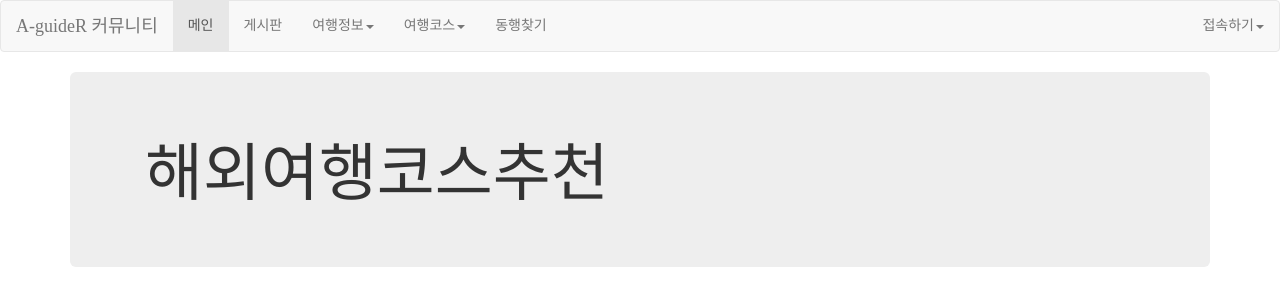
Repository: endol007/TripPuzzle
Page: http://localhost/BBS/abroadcorse.jsp
These files come from the project's save history. The page is drawn as it stood at one moment and after the next save; the edit follows.
The browser window is 1280 px wide. The pictures show the whole page.
Some web fonts or font styles are not loaded; a fallback is used. Some web libraries are served in a nearby version. The page is served by Tomcat 9. Other server files are loaded and not shown.

Above is the page before, as saved 2019-08-21 15:18:11.

### Yun/JSP 커뮤니티/Project/BBS/WebContent/abroadcorse.jsp
<%@ page language="java"
contentType="text/html; charset=UTF-8" pageEncoding="UTF-8"%>
<%@ page import="java.io.PrintWriter" %>
<!DOCTYPE html>
<html>
<head>
<meta http-equiv="Content-Type" content="text/html; charset=UTF-8">
<meta name="viewport" content="width=device-width", initial-scale="1">
<link rel="stylesheet" href="css/bootstrap.css">
<link rel="stylesheet" href="css/custom.css">
<title>A-guideR 커뮤니티 해외여행코스추천</title>
</head>
<body>
<%
String userID = null;
if(session.getAttribute("userID")!=null){
	userID = (String) session.getAttribute("userID");
}
%>
<nav class="navbar navbar-default">
<div class="navbar-header">
<button type="button" class="navbar-toggle collapsed"
data-toggle="collapse" data-target="#bs-example-navbar-collapse-1"
aria-expanded="false">
<span class="icon-bar"></span>
<span class="icon-bar"></span>
<span class="icon-bar"></span>
</button>
<a class="navbar-brand" href="main.jsp">A-guideR 커뮤니티</a>
</div>
<div class="collapse navbar-collapse" id="bs-example-navbar-collapse-1">
<ul class="nav navbar-nav">
<li class="active"><a href="main.jsp">메인</a></li>
<li><a href="bbs.jsp">게시판</a></li>
<li class="dropdown">
<a href="#" class="dropdown-toggle"
data-toggle="dropdown" role="button" aria-haspopup="true"
aria-expanded="false">여행정보<span class="caret"></span></a>
<ul class="dropdown-menu">
<li><a href="inforestaurant.jsp">맛집추천</a></li>
<li><a href="infoattraction.jsp">명소추천</a></li>
</ul>
</li>
<li class="dropdown">
<a href="#" class="dropdown-toggle"
data-toggle="dropdown" role="button" aria-haspopup="true"
aria-expanded="false">여행코스<span class="caret"></span></a>
<ul class="dropdown-menu">
<li><a href="domesticcorse.jsp">국내여행코스추천</a></li>
<li class="active"><a href="abroadcorse.jsp">해외여행코스추천</a></li>
</ul>
</li>
<li><a href="findfriend.jsp">동행찾기</a></li>
</ul>
<%
	if(userID==null){
		%>
		<ul class="nav navbar-nav navbar-right">
<li class="dropdown">
<a href="#" class="dropdown-toggle"
data-toggle="dropdown" role="button" aria-haspopup="true"
aria-expanded="false">접속하기<span class="caret"></span></a>
<ul class="dropdown-menu">
<li><a href="login.jsp">로그인</a></li>
<li><a href="join.jsp">회원가입</a></li>
</ul>
</li></ul>
		<%
	} else{
		%>
		<ul class="nav navbar-nav navbar-right">
<li class="dropdown">
<a href="#" class="dropdown-toggle"
data-toggle="dropdown" role="button" aria-haspopup="true"
aria-expanded="false">회원관리<span class="caret"></span></a>
<ul class="dropdown-menu">
<li><a href="logoutAction.jsp">로그아웃</a></li>
</ul>
</li></ul>
		<%
	}
%>
</div>
</nav>
<div class="container">
<div class="jumbotron">
<div class="container">
<h1>해외여행코스추천</h1>
</div>
</div>
</div>
<script src="http://code.jquery.com/jquery-3.1.1.min.js"></script>
<script src=js/bootstrap.js></script>

</body>
</html>

### Yun/JSP 커뮤니티/Project/BBS/WebContent/css/custom.css
@import url(http://fonts.googleapis.com/earlyaccess/nanumgothic.css);
@import url(http://fonts.googleapis.com/earlyaccess/hanna.css);
*{
font-family : 'Nanum Gothic';
}
h1{
	font-family : 'Hanna';
}

Loaded but not shown: Yun/JSP 커뮤니티/Project/BBS/WebContent/css/bootstrap.css (library); Yun/JSP 커뮤니티/Project/BBS/WebContent/js/bootstrap.js (library)

After the next save:
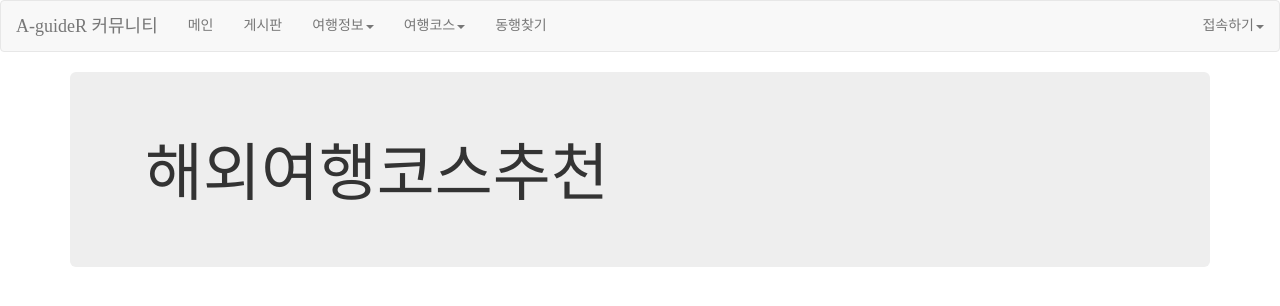
Saved 65 s later.
--- a/Yun/JSP 커뮤니티/Project/BBS/WebContent/abroadcorse.jsp
+++ b/Yun/JSP 커뮤니티/Project/BBS/WebContent/abroadcorse.jsp
@@ -30,7 +30,7 @@
 </div>
 <div class="collapse navbar-collapse" id="bs-example-navbar-collapse-1">
 <ul class="nav navbar-nav">
-<li class="active"><a href="main.jsp">메인</a></li>
+<li><a href="main.jsp">메인</a></li>
 <li><a href="bbs.jsp">게시판</a></li>
 <li class="dropdown">
 <a href="#" class="dropdown-toggle"
